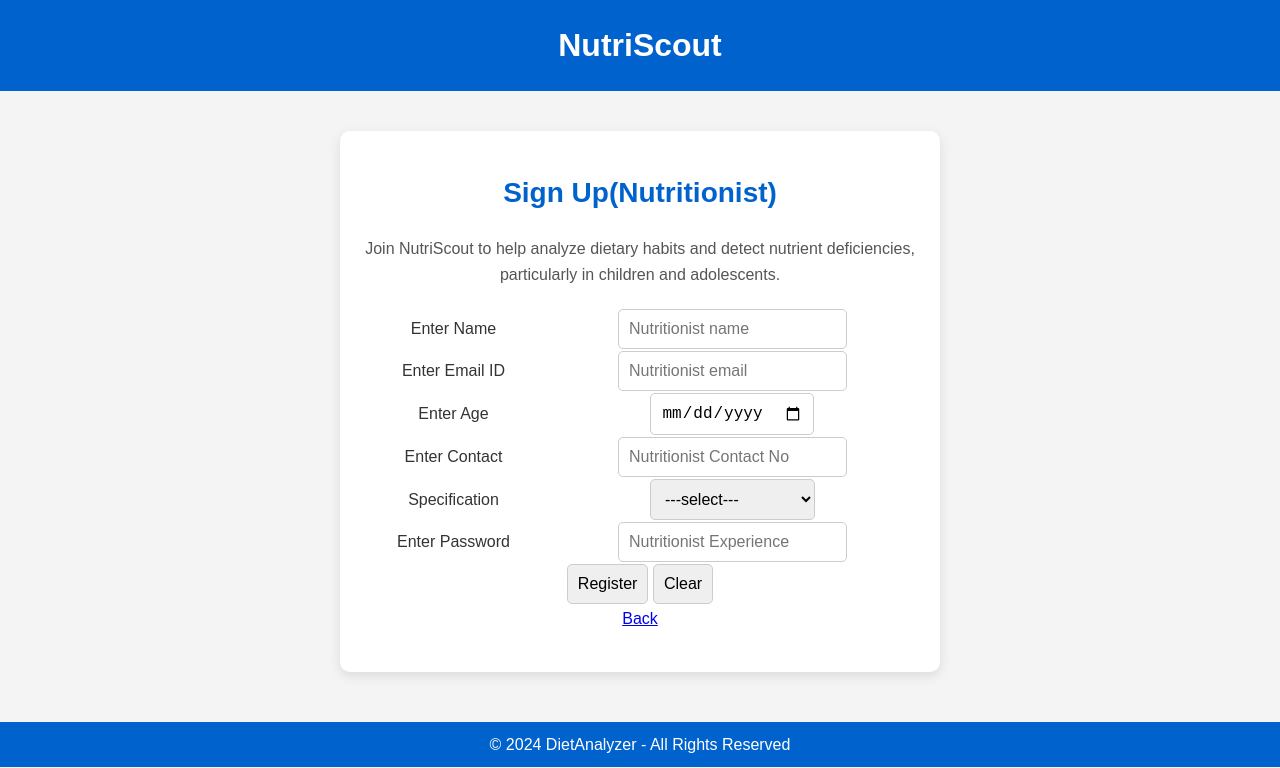
Repository: chaitanyasivathmika/NutrientDiet
Page: http://localhost/NutrientDiet/nusignup.jsp
The author's editor kept a copy of each file at every save. The page is drawn from the files as they stood at one save, then again after the next save.
The browser window is 1280 px wide. The pictures show the whole page.
The page is served by Tomcat 10. Other server files are loaded and not shown.

Above is the page before, as saved 2024-11-16 16:30:13.

### NutrientDiet/src/main/webapp/nusignup.jsp
<%@ page language="java" contentType="text/html; charset=UTF-8"
    pageEncoding="UTF-8"%>
<!DOCTYPE html>
<html lang="en">
<head>
    <meta charset="UTF-8">
    <meta name="viewport" content="width=device-width, initial-scale=1.0">
    <title>Sign Up(Nutritionist) - NutriScout</title>
    <style>
        /* General Styling */
* {
    margin: 0;
    padding: 0;
    box-sizing: border-box;
}

body {
    font-family: 'Arial', sans-serif;
    background-color: #f4f4f4;
    color: #333;
    line-height: 1.6;
}

/* Header */
header {
    background-color: #0062cc;
    color: white;
    padding: 20px 0;
    text-align: center;
}

.logo h1 {
    font-size: 32px;
    font-weight: bold;
}

/* Signup Form */
main {
    padding: 40px 20px;
    max-width: 600px;
    margin: 40px auto;
    background-color: white;
    box-shadow: 0 4px 12px rgba(0, 0, 0, 0.1);
    border-radius: 10px;
    text-align: center;
}

.signup-form h2 {
    font-size: 28px;
    color: #0062cc;
    margin-bottom: 20px;
}

.signup-form p {
    font-size: 16px;
    margin-bottom: 20px;
    color: #555;
}

.signup-form form {
    display: flex;
    flex-direction: column;
    gap: 15px;
}

.signup-form label {
    font-size: 16px;
    text-align: left;
    color: #333;
}

.signup-form input, .signup-form select {
    padding: 10px;
    font-size: 16px;
    border: 1px solid #ccc;
    border-radius: 5px;
}

.signup-form input:focus, .signup-form select:focus {
    outline: none;
    border-color: #007bff;
}

.submit-btn {
    background-color: #007bff;
    color: white;
    padding: 12px 20px;
    border: none;
    border-radius: 5px;
    cursor: pointer;
    font-size: 18px;
    margin-top: 10px;
    transition: background-color 0.3s ease;
}

.submit-btn:hover {
    background-color: #0056b3;
}

.back-btn {
    background-color: #dc3545;
    color: white;
    padding: 10px 20px;
    border: none;
    border-radius: 5px;
    cursor: pointer;
    font-size: 16px;
    margin-top: 15px;
    transition: background-color 0.3s ease;
}

.back-btn:hover {
    background-color: #c82333;
}

/* Footer */
footer {
    text-align: center;
    padding: 10px 0;
    background-color: #0062cc;
    color: white;
    margin-top: 50px;
}

    </style>
</head>
<body>
    <header>
        <div class="nav-bar">
            <div class="logo">
                <h1>NutriScout</h1>
            </div>
        </div>
    </header>

    <main>
        <section class="signup-form">
            <h2>Sign Up(Nutritionist)</h2>
            <p>Join NutriScout to help analyze dietary habits and detect nutrient deficiencies, particularly in children and adolescents.</p>

            <form method="post" action="insertuser"> <!-- forced mapping/ method in the contoller -->
            <table>
               <tr>
                    <td><label for="nname">Enter Name</label></td>
                    <td><input type="text" id="nname" name="nname" required placeholder="Nutritionist name"/></td>
                </tr>
                <tr>
                    <td><label for="nemail">Enter Email ID</label></td>
                    <td><input type="email" id="nemail" name="nemail" required placeholder="Nutritionist email"/></td>
                </tr>
                <tr>
                    <td><label for="nage">Enter Age</label></td>
                    <td><input type="date" id="nage" name="nage" required placeholder="Nutritionist age"/></td>
                </tr>
                <tr>
                    <td><label for="ncontact">Enter Contact</label></td>
                    <td><input type="number" id="ncontact" name="ncontact" required placeholder="Nutritionist Contact No"/></td>
                </tr>
                 <tr>
                    <td><label>Specification</label></td>
                    <td>
                        <select id="nspecification" name="nspecification" required>
                        	<option value="">---select---</option>
                            <option value="general">General(Overall)</option>
                            <option value="cardiac">Cardiac</option>
                            <option value="sportsnutritionist">Sports Nutrtionist</option>
                            <option value="child">Child</option>
                            <option value="aged">Aged</option>
                        </select>
                    </td>
                </tr>
                 <tr>
                    <td><label for="nexperience">Enter Password</label></td>
                    <td><input type="text" id="nexperience" name="nexperience" required placeholder="Nutritionist Experience"/></td>
                </tr>



                <tr>
                    <td colspan="2" class="button-container">
                        <input type="submit" value="Register"/>
                        <input type="reset" value="Clear"/>
                    </td>
                </tr>
            </table>
        </form>

            <a href="/">Back</a>
        </section>
    </main>

    <footer>
        <p>© 2024 DietAnalyzer - All Rights Reserved</p>
    </footer>
</body>
</html>

After the next save:
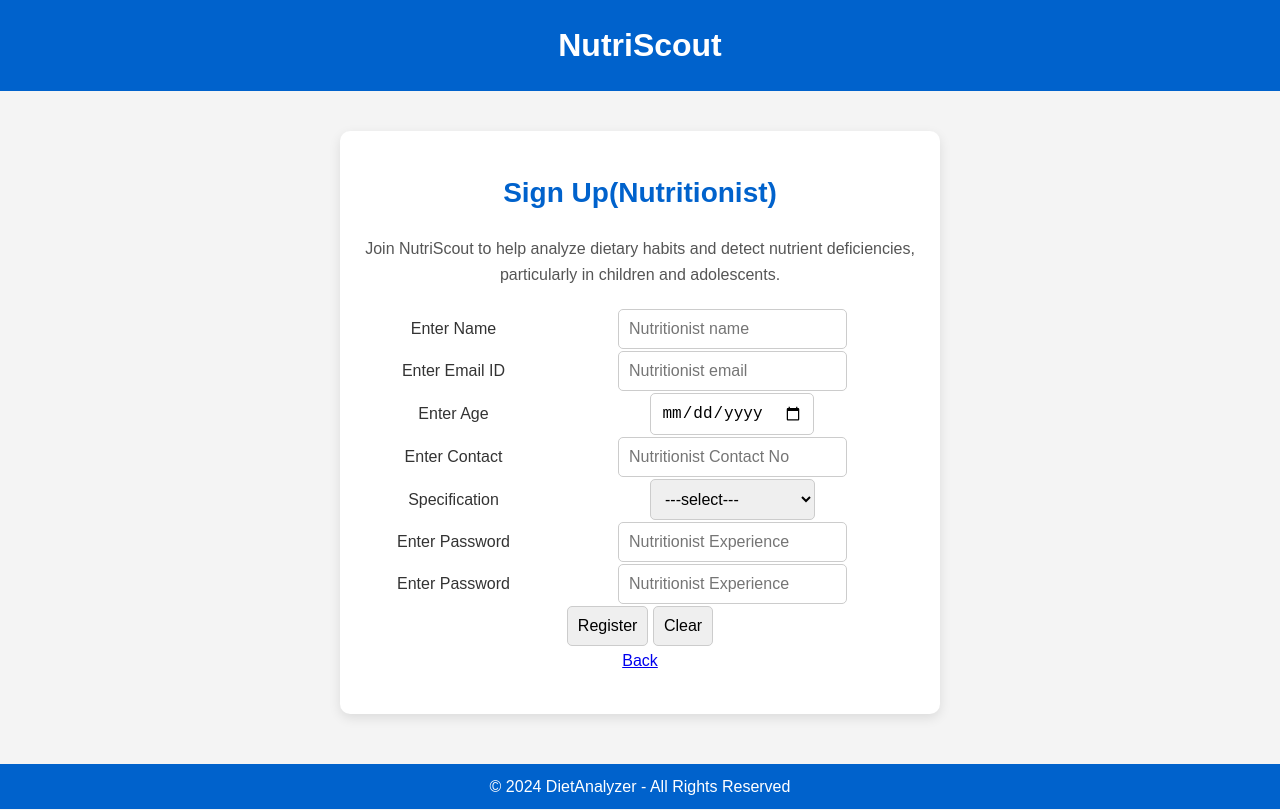
Saved 5 s later.
--- a/NutrientDiet/src/main/webapp/nusignup.jsp
+++ b/NutrientDiet/src/main/webapp/nusignup.jsp
@@ -173,6 +173,10 @@ footer {
                     <td><label for="nexperience">Enter Password</label></td>
                     <td><input type="text" id="nexperience" name="nexperience" required placeholder="Nutritionist Experience"/></td>
                 </tr>
+                                 <tr>
+                    <td><label for="nexperience">Enter Password</label></td>
+                    <td><input type="text" id="nexperience" name="nexperience" required placeholder="Nutritionist Experience"/></td>
+                </tr>
 
 
 
